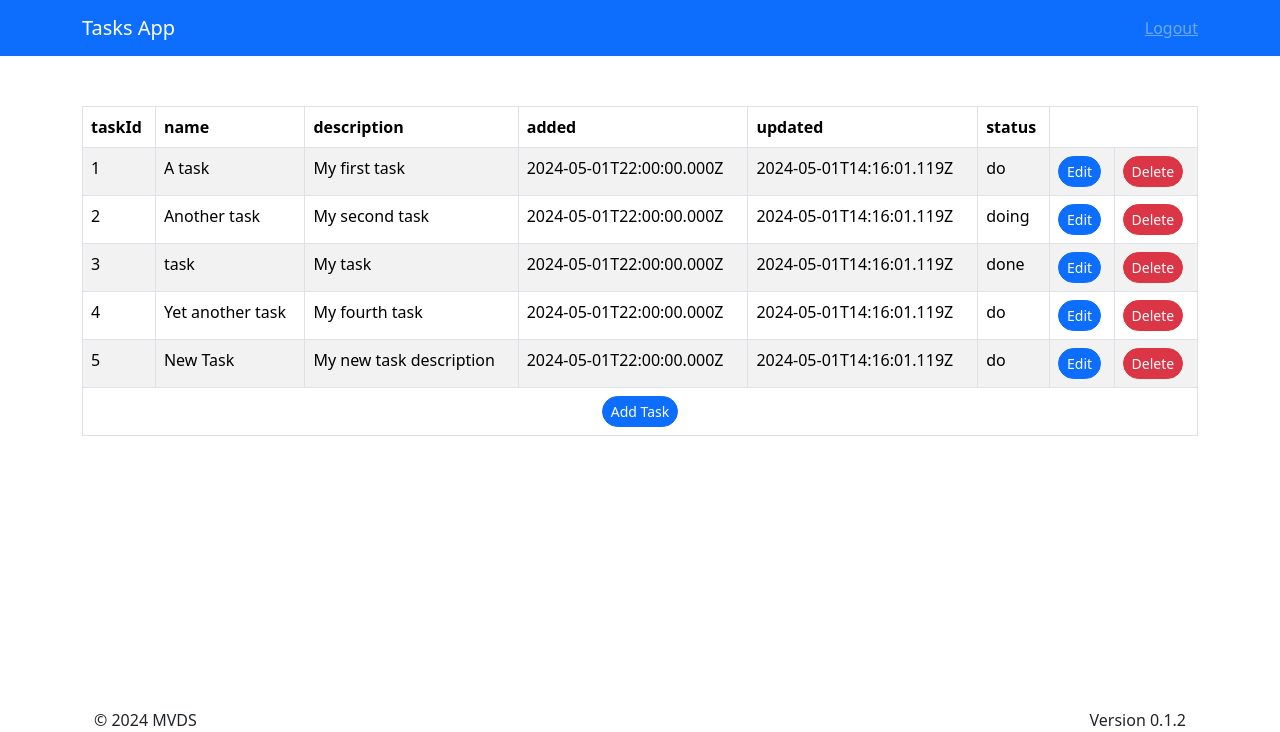
Repository: trider/react-task-manager
Page: /#/tasks
An editor plug-in stored every save of this project. The page is shown before and after the next save, followed by the edit.
The browser window is 1280 px wide. The pictures show the whole page.
The project was rebuilt for these pictures with package versions that can differ from the ones it lists, and the page was loaded fresh each time. Also part of the build but not shown: src/App.css, src/data/_Users.js, src/pages/Login.js.

Above is the page before, as saved 2024-05-07 18:03:56.

### src/App.js
// import logo from './logo.svg';
import './App.css';
import 'bootstrap/dist/css/bootstrap.min.css';
// import { BrowserRouter, Routes, Route } from "react-router-dom";
import {HashRouter as Router, Routes, Route} from "react-router-dom";
import LoginForm from "./pages/Login";
import TaskList from "./pages/Task";

// const path = process.env.REACT_APP_FOR_PATH;

function App() {
  return (
    <div>
      <Router baseline="/">
        <Routes>
          <Route index element={<LoginForm />} />
            <Route path="login" element={<LoginForm />} />
            <Route path="tasks" element={<TaskList />} />
        </Routes>
      </Router>
    </div>
  );
}

export default App;

### src/pages/Task.js
import * as React from 'react';

import { useState } from 'react';

import Table from 'react-bootstrap/Table';
import Container from 'react-bootstrap/Container';
import Button from 'react-bootstrap/Button';
import Form from 'react-bootstrap/Form';

import NavbarComponent from '../components/Navigation';
import Footer from '../components/Footer';

import userTasks from '../data/_Tasks';
import tableCols from '../data/_Cols';

const states = ['do', 'doing', 'done'];




const TaskTable = () => {

  const [tasks, setTasks] = useState(userTasks);
  const [taskName, setTaskName] = useState("A Task");
  const [taskDescription, setTaskDescription] = useState("Task Description");
  const [dateAdded, setDateAdded] = useState(new Date().toISOString());
  const [dateUpdated, setDateUpdated] = useState(new Date().toISOString());
  const [taskStatus, setTaskStatus] = useState("do");
  const [isAdd, setIsAdd] = useState(false);


  const addTask = (task) => {
    setDateAdded(new Date().toISOString());
    setDateUpdated(new Date().toISOString());
    setTaskStatus('do');
    setIsAdd(false);
    setTasks([...tasks, { id: tasks.length + 1, ...task }]);
  }

  const editTask = (task) => {

    setIsAdd(false);
    setTasks(tasks.map((t) => {
      if (tasks.filter((t) => t.isEdit === true).length < 1) {
        if (t.taskId === task.taskId) t.isEdit = !t.isEdit;
      }

      return t
    }));


  }

  const getButton = (task) => {

    if (task.isEdit) {
      return <Button variant="primary rounded-pill" size='sm' onClick={(e) => updateTask(task)}>
        Update
      </Button>
    }
    else {
      return <Button variant="primary rounded-pill" size='sm' onClick={(e) => editTask(task)}>
        Edit
      </Button>
    }

  }

  const updateTask = (task) => {






    setTasks(tasks.map((t) => {
      setTaskName(t.name);
      setTaskDescription(t.description);
      if (t.taskId === task.taskId) {
        t.isEdit = !t.isEdit;
        t.name = taskName;
        t.description = taskDescription;
        t.updated = new Date().toISOString();
        t.status = taskStatus;
      }
      return t;
    }));
    setIsAdd(false);



  }

  const deleteTask = (task) => {
    setTasks(tasks.filter((t) => t.taskId !== task.taskId));
  }

  const getTask = (task, col) => {
    if (task.isEdit) {
      if (col === 'name') {
        return <Form.Control
          type="text"
          value={taskName}
          onChange={(e) => setTaskName(e.target.value)}
        />
      }
      else if (col === 'description') {
        return <Form.Control
          type="text"
          value={taskDescription}
          onChange={(e) => setTaskDescription(e.target.value)}
        />
      }
      else if (col === 'status') {
        return <Form.Select  onChange={(e) => setTaskStatus(e.target.value)}>
          {states.map((state) => (  <option key={state} value={state}>{state}</option>))}
        </Form.Select>
      }
      else {
        return task[col]
      }


    }
    else {
      return task[col]
    }


  }



  const showTableBody = () => {

    if (isAdd) {

      return <tbody>

        <tr>
          <td>
            {tasks.length + 1}
          </td>
          <td>
            <Form.Control
              type="text"
              value={taskName}
              onChange={(e) => setTaskName(e.target.value)}
            />
          </td>
          <td>
            <Form.Control
              type="text"
              value={taskDescription}
              onChange={(e) => setTaskDescription(e.target.value)}

            />
          </td>
          <td>
            {dateAdded}
          </td>
          <td>
            {dateUpdated}
          </td>
          <td>
            do
          </td>

          <td colSpan='2'>
            <div className="d-grid gap-2 d-md-flex justify-content-md-center">

              <Button variant="primary rounded-pill" size='sm' onClick={(e) => addTask({
                name: taskName,
                description: taskDescription,
                user: 'jonnygold',
                status: 'do',
                taskId: tasks.length + 1,
                added: new Date().toISOString(),
                updated: new Date().toISOString(),
                isActive: true,
                isEdit: false
              })}>
                Add
              </Button>
            </div>
          </td>
        </tr>



      </tbody>



    }
    else {
      return <tbody>
        {tasks.map((task) => (
          <tr key={task.id}>
            {tableCols.map((col) => (
              <td key={col}>

                {getTask(task, col)}

              </td>
            ))}

            <td>
              {getButton(task)}
            </td>
            <td>
              <Button variant="danger rounded-pill" size='sm' onClick={(e) => deleteTask(task)}>
                Delete
              </Button>
            </td>
          </tr>
        ))}



        <tr>

          <td colSpan={tableCols.length + 2} style={{ backgroundColor: "white" }}>
            <div className="d-grid gap-2 d-md-flex justify-content-md-center">
              <Button variant="primary rounded-pill" size='sm' onClick={(e) => setIsAdd(!isAdd)}>
                Add Task
              </Button>
            </div>
          </td>
        </tr>
      </tbody>

    }


  }






  return (
    <div >
      <Table striped bordered hover size="lg">
        <thead>
          <tr>
            {tableCols.map((col) => (
              <th key={col}>{col}</th>
            ))}
            <th colSpan={"2"}></th>
          </tr>
        </thead>

        {showTableBody()}

      </Table>




    </div>
  );
}


const TaskList = () => {
  return (
    <div>

      <NavbarComponent />
      <Container style={{ marginTop: "50px" }}>

        <div style={{ marginTop: "50px" }}>
          <TaskTable />
        </div>

      </Container>
      <Container style={{ paddingTop: '20%' }} >
        <Footer />
      </Container>

    </div>
  );
}

export default TaskList;

### src/components/Footer.js
import * as React from 'react';
import Container from 'react-bootstrap/Container';
import Row from 'react-bootstrap/Row';
import Col from 'react-bootstrap/Col';


const Footer = () => {
  return (
    <footer>
      <Container >
      <Row>
        <Col sm={8}>&copy; 2024 MVDS</Col>
        <Col style={{textAlign:"right"}}>Version 0.1.2</Col>
      </Row>
      </Container>
    </footer>
  );
}

export default Footer;

### src/components/Navigation.js
import * as React from 'react';
import Container from 'react-bootstrap/Container';
import Nav from 'react-bootstrap/Nav';
import Navbar from 'react-bootstrap/Navbar';
import {Link as ReactLink} from "react-router-dom";






const NavbarComponent = () => {
  return (
    <Navbar bg="primary" expand="lg" data-bs-theme="dark">
      <Container>
        <Navbar.Brand href="#home">Tasks App</Navbar.Brand>
        <Navbar.Toggle aria-controls="basic-navbar-nav" />
        <Navbar.Collapse id="basic-navbar-nav">
          <Nav className="me-auto" >
          </Nav>

          <div className='Nav'>
            <ReactLink to="/login">Logout</ReactLink>
          </div>
        </Navbar.Collapse>
      </Container>
    </Navbar>
  );
}



export default NavbarComponent;

### src/data/_Tasks.js
const userTasks= [
 {
   id: "6630ab326e723ac1ea6dce7a",
   description: "My first task",
   name: "A task",
   taskId: 1,
   user: "jonnygold",
   added: "2024-05-01T22:00:00.000Z",
   updated: "2024-05-01T14:16:01.119Z",
   status: "do",
   isActive: true,
   isEdit: false
 },
 {
   id: "6630fe5d6e723ac1ea6dce7e",
   description: "My second task",
   name: "Another task",
   taskId: 2,
   user: "jonnygold",
   added: "2024-05-01T22:00:00.000Z",
   updated:"2024-05-01T14:16:01.119Z",
   status: "doing",
   isActive: true,
   isEdit: false
 },
 {
   id: "6630fe826e723ac1ea6dce7f",
   description: "My task",
   name: "task",
   taskId: 3,
   user: "jonnygold",
   added: "2024-05-01T22:00:00.000Z",
   updated:"2024-05-01T14:16:01.119Z",
   status: "done",
   isActive: true,
   isEdit: false
 },
 {
   id: "6631f17cc4c9b7f5ab3c28c3",
   name: "Yet another task",
   description: "My fourth task",
   user: "jonnygold",
   taskId: 4,
   added: "2024-05-01T22:00:00.000Z",
   updated:"2024-05-01T14:16:01.119Z",
   isActive: true,
   status: "do",
   isEdit: false

 },
 {
   id: "66323f0d54b80929f84ebdd2",
   user: "jonnygold",
   name: "New Task",
   description: "My new task description",
   status: "do",
   taskId: 5,
   added: "2024-05-01T22:00:00.000Z",
   updated:"2024-05-01T14:16:01.119Z",
   isActive: true,
   isEdit: false
 }

]

export default userTasks

### src/data/_Cols.js
const tableCols = [
 'taskId',
 'name',
 'description',
 'added',
 'updated',
 'status',
];

export default tableCols

Loaded but not shown: public/index.html (common file); src/index.js (common file); src/index.css (common file); src/reportWebVitals.js (common file)

After the next save:
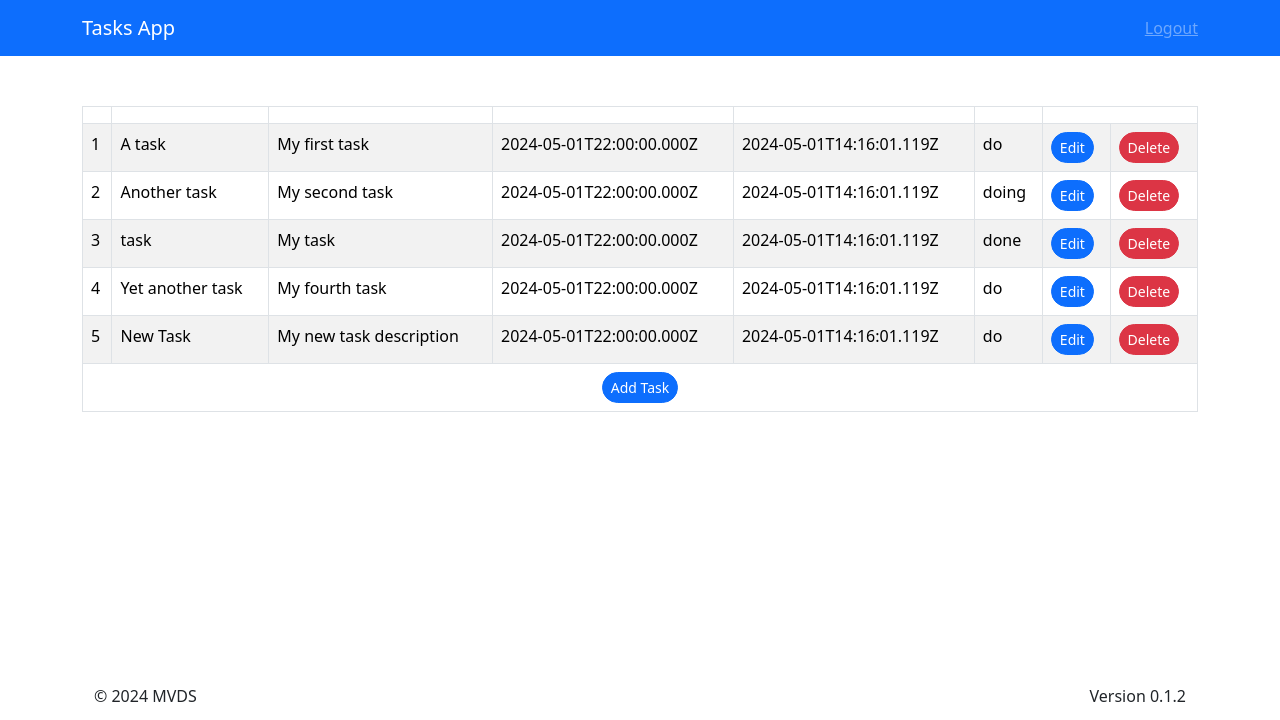
Saved 55 s later.
--- a/src/pages/Task.js
+++ b/src/pages/Task.js
@@ -246,7 +246,7 @@ const TaskTable = () => {
         <thead>
           <tr>
             {tableCols.map((col) => (
-              <th key={col}>{col}</th>
+              <th key={col}>{col.toUpperCase}</th>
             ))}
             <th colSpan={"2"}></th>
           </tr>
